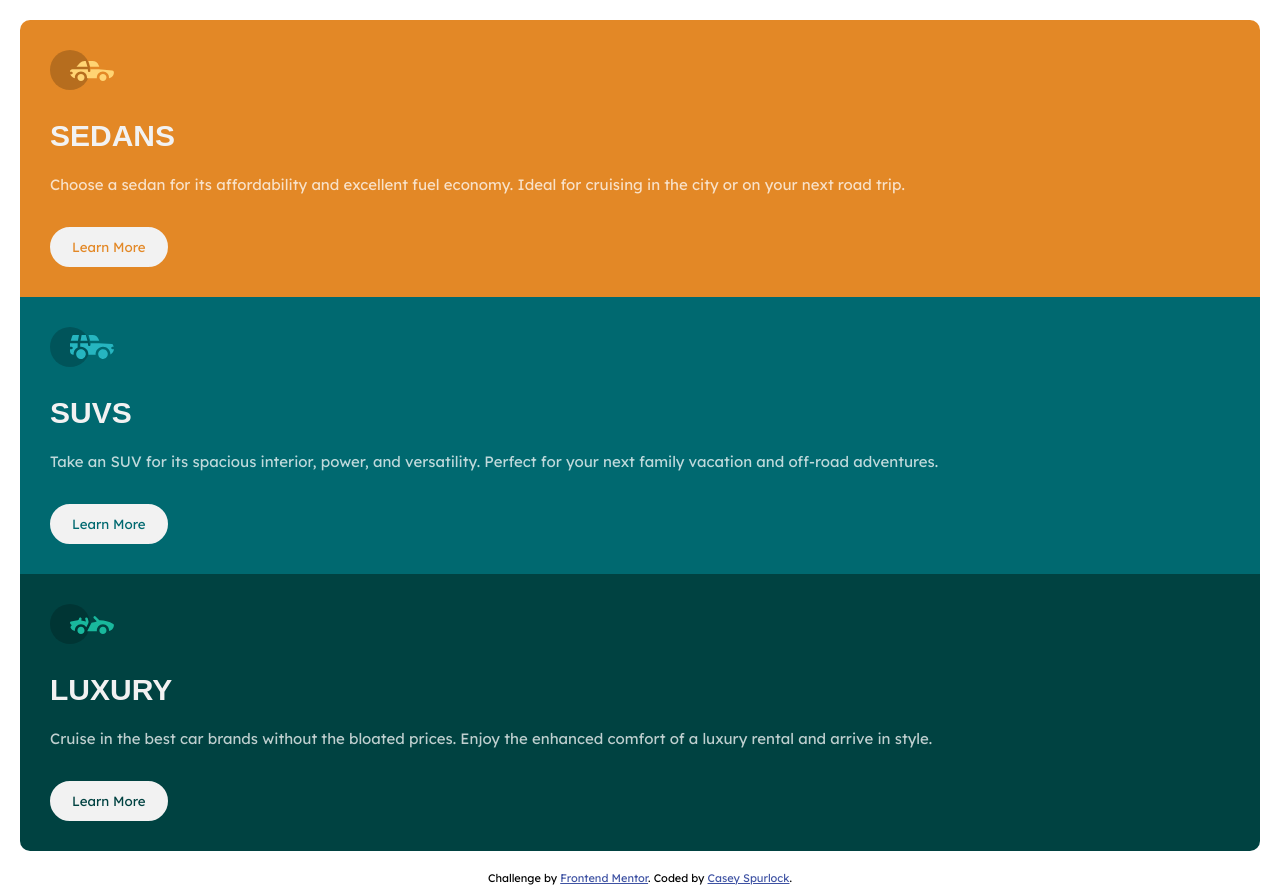
Repository: CaseySpurlock/3-column-preview-card-component-main
Page: index.html
An editor plug-in stored every save of this project. The page is shown before and after the next save, followed by the edit.
The browser window is 1280 px wide. The pictures show the whole page.

Above is the page before, as saved 2021-06-23 11:10:42.

After the next save:
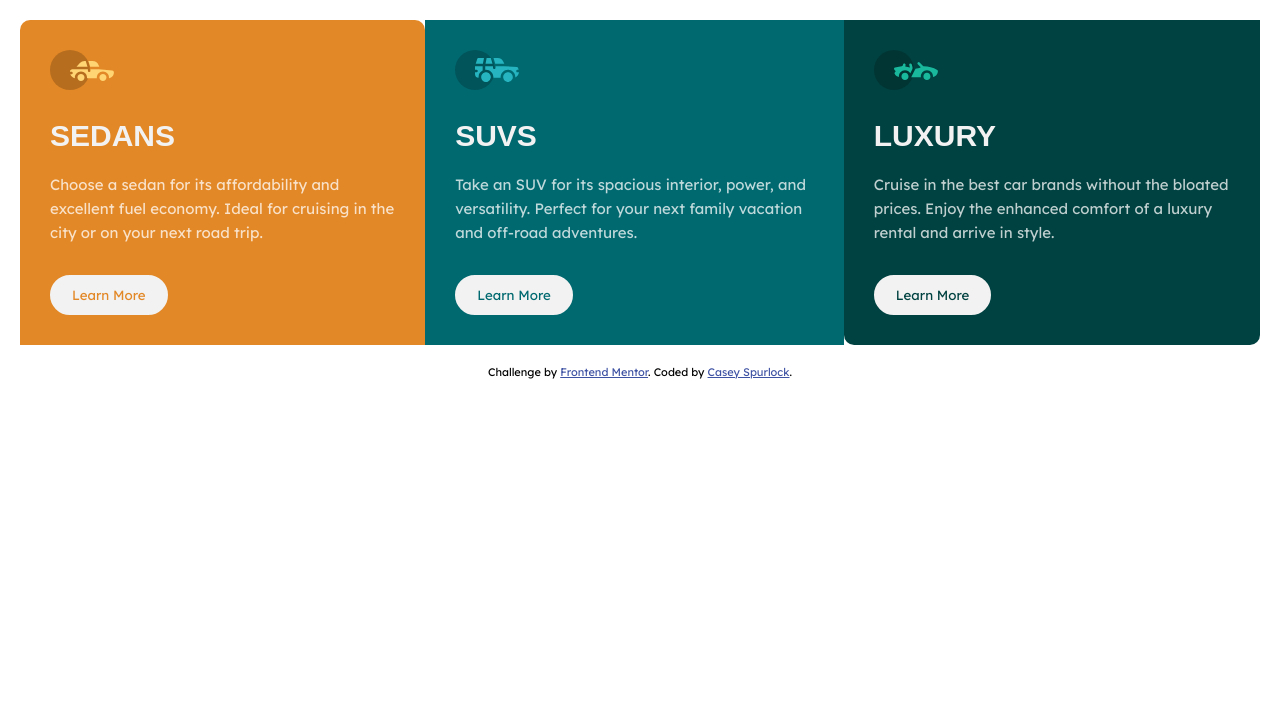
Saved 2 min 29 s later.
--- a/style.css
+++ b/style.css
@@ -91,3 +91,9 @@
 .attribution a {
     color: hsl(228, 45%, 44%);
 }
+
+@media {
+    .container {
+        display: flex;
+    }
+}
